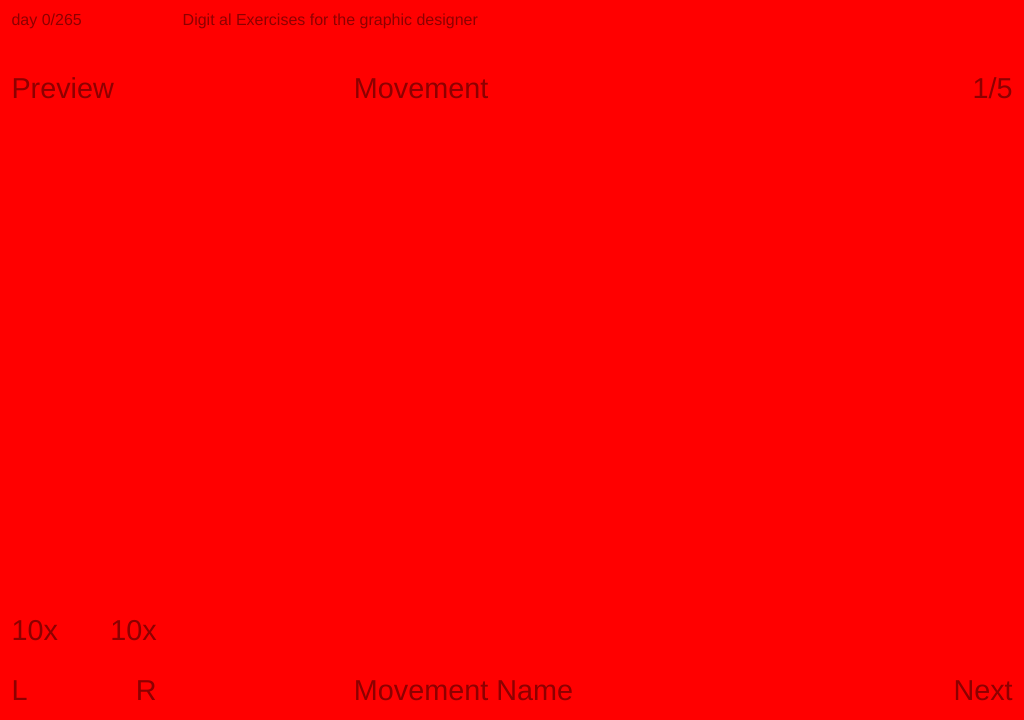
Repository: NoIdeasStudio/holiday-card-2024
Page: digit-al-exercises.html
The author's editor kept a copy of each file at every save. The page is drawn from the files as they stood at one save, then again after the next save.
The browser window is 1024 px wide. The pictures show the whole page.

Above is the page before, as saved 2024-12-04 13:17:05.

### digit-al-exercises.html
<!DOCTYPE html>
<html lang="en">
<head>
    <meta charset="UTF-8">
    <meta name="viewport" content="width=device-width, initial-scale=1.0">
    <title>digit-al exercises</title>
    <link rel="stylesheet" href="style.css">
</head>
<body>

    <div class="wrapper">
        <header class="small-text header-1">day 0/265</header>
        <header class="small-text header-2">Digit al Exercises for the graphic designer</header>

        <content class="large-text content-header-1">Preview</content>
        <content class="large-text content-header-2">Movement</content>
        <content class="large-text content-header-3"><a href="http://"></a>1/5</content>

        <footer class="large-text content-footer-1">10x 10x</footer>
        <footer class="large-text content-footer-2">L R</footer>
        <footer class="large-text content-footer-3">Movement Name</footer>
        <footer class="large-text content-footer-4"><a href="http://">Next</a></footer>

      </div>

</body>
</html>

### style.css
* {
    box-sizing: border-box;
    background-color: #FF0000;
    color: #8D0000;
    margin: 0%;
    padding: 0%;
  }

  .wrapper {
    height: 100vh;
    width: 100vw;
    position: fixed;
    margin: 0 auto;
    display: grid;
    grid-template-columns: repeat(6, [col-start] 4fr);
    grid-template-rows: repeat(12, [row-start] 4fr);
    gap: 20px;
    padding: .6em;

  }

  .wrapper > * {
    padding: 5px;
  }

  .large-text{
    font: 1.8em Helvetica, arial, sans-serif;
  }
  .small-text{
    font: 1em Helvetica, arial, sans-serif;
  }
  a{
    text-decoration: none;
  }
  a:hover{
    text-decoration: underline dashed ;
    text-underline-offset: .15em;
  }
  .header-1{
    grid-column: col-start 1 / span 1;
    grid-row: 1 / 1;
  }
  .header-2{
    grid-column: col-start 2 / span 1;
    grid-row: 1 / 1;
  }
  .content-header-1{
    grid-column: col-start 1 / span 1;
    grid-row: 2 ;
  }
  .content-header-2{
    grid-column: col-start 3 / span 2;
    grid-row: 2 ;
  }
  .content-header-3{
    grid-column: col-start 5 / span 2;
    grid-row: 2 ;
    text-align: right;
  }

  .content-footer-1{
    grid-column: col-start 1 / span 1;
    grid-row: 11 ;
    text-align-last: justify;
  }
  .content-footer-2{
    grid-column: col-start 1 / span 1;
    grid-row: 12 ;
    text-align-last: justify;
  }
  .content-footer-3{
    grid-column: col-start 3 / span 2;
    grid-row: 12 ;
  }
  .content-footer-4{
    grid-column: col-start 5 / span 2;
    grid-row: 12 ;
    text-align: right;
  }



  @media (max-width: 1024px) {
    .wrapper {
        height: 100vh;
        width: 100vw;
        position: fixed;
        margin: 0 auto;
        display: grid;
        grid-template-columns: repeat(6, [col-start] 4fr);
        grid-template-rows: repeat(12, [row-start] 4fr);
        gap: 1em;
        padding: .4em;
  }

  .header-2{
    grid-column: col-start 2 / span 2;
    grid-row: 1 / 1;
  }
}
  @media (min-width: 2000px) {
    .wrapper {
        height: 100vh;
        width: 100vw;
        position: fixed;
        margin: 0 auto;
        display: grid;
        grid-template-columns: repeat(6, [col-start] 4fr);
        grid-template-rows: repeat(12, [row-start] 4fr);
        gap: 20px;
        padding: .6em;
    }

        .large-text{
            font: 3em Helvetica, arial, sans-serif;
          }
        .small-text{
            font: 1.7em Helvetica, arial, sans-serif;
          }


}

  /* @media (min-width: 700px) {
    .wrapper {
      grid-template-columns: 1fr 4fr 1fr;
      grid-template-areas:
        "header header  header"
        "nav    content sidebar"
        "nav    content ad"
        "footer footer  footer";
    }
    nav ul {
      flex-direction: column;
    }
  } */

After the next save:
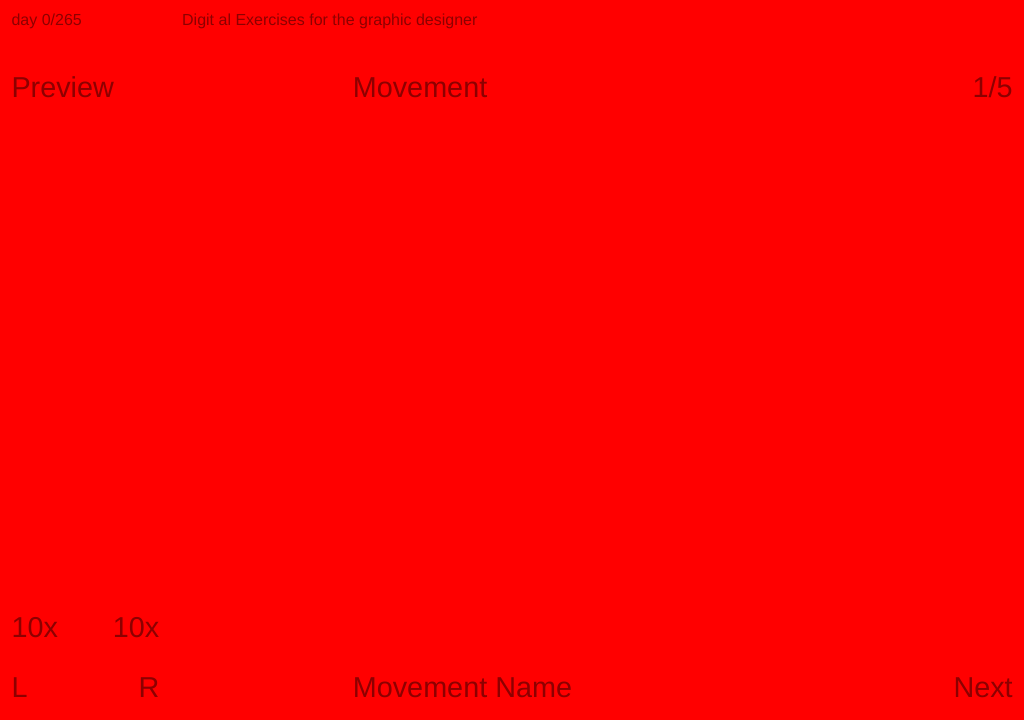
Saved 13 s later.
--- a/style.css
+++ b/style.css
@@ -89,7 +89,7 @@
         display: grid;
         grid-template-columns: repeat(6, [col-start] 4fr);
         grid-template-rows: repeat(12, [row-start] 4fr);
-        gap: 1em;
+        gap: .8em;
         padding: .4em;
   }
 
